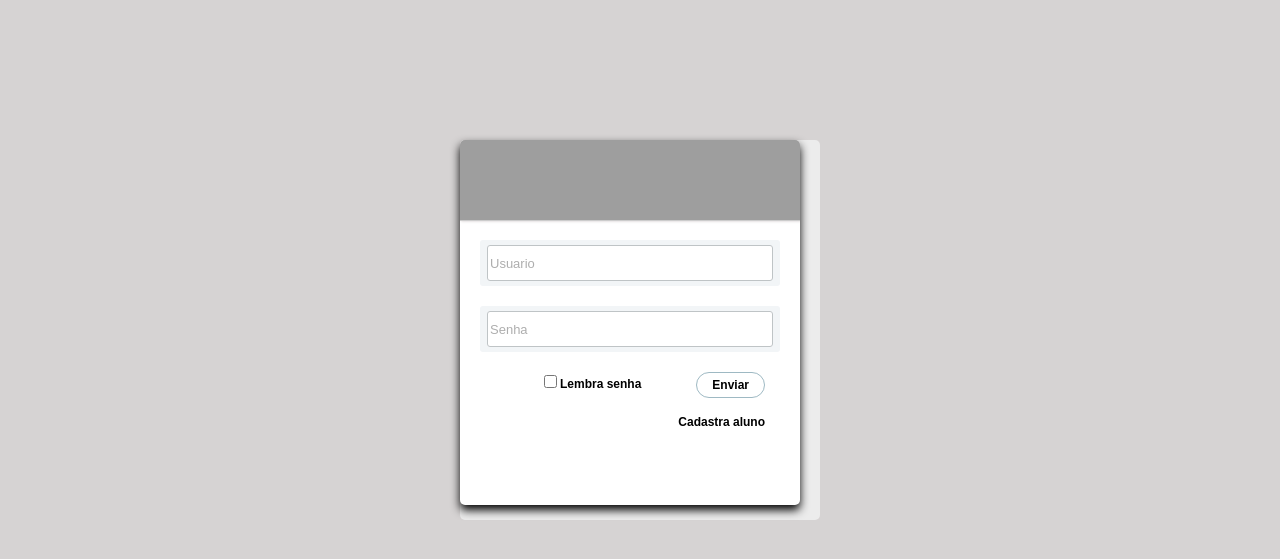
Repository: luisjonson/ProjetoWebAcademia
Page: http://localhost/RepositorioWebProject/Login.jsp
An editor plug-in stored every save of this project. The page is shown before and after the next save, followed by the edit.
The browser window is 1280 px wide. The pictures show the whole page.
Pictures or frames that could not be fetched are drawn as grey boxes. The page is served by Tomcat 9. Other server files are loaded and not shown.

Above is the page before, as saved 2017-04-10 01:46:57.

### Projeto_Web/RepositorioWebProject/WebContent/Login.jsp
<%@ page language="java" contentType="text/html; charset=utf-8"
	pageEncoding="ISO-8859-1"%>
<!DOCTYPE
 html PUBLIC "-//W3C//DTD HTML 4.01 Transitional//EN" "http://www.w3.org/TR/html4/loose.dtd">
<html>
<head>

</head>

<title>Login</title>

<style type="text/css" >

body {
	background-color: #D6D3D3;
}

#login-box {
	background-color: #ECECEC;
	width: 360px;
	height: 380px;
	margin: 140px auto 0px;
	border-radius: 5px;

}

#login-box-interno {
	width: 340px;
	height: 365px;
	background-color:white;
	position: absolute;
	border-radius: 5px;
	box-shadow: 0px 5px 10px black;
	overflow: hidden;
}

#login-box-label {
	background-color:#D6D3D3;
	height:80px;
	text-align:center;
    font:bold 12px/12px sans-serif;
    border-top-left-radius:5px;
    border-top-right-radius:5px;
    border-bottom:1px solid #cccccc;
    box-shadow:1px 0px 3px #ccc4c5;
}

#imagens{
	max-width: 800px;
}

.input-div{

	margin: 20px;
	padding: 5px;
   background-color:#f2f5f7;

	border-radius: 3px;
}

.input-div input{

	width: 280px;
	height: 32px;
	padding-left: 2px;
	font: normal 13px sans-serif;
	color: #aeaeae;
	border-radius: 3px;
	border: 1px solid #bfc4c6;
    outline:none;
}

.input-div:hover{
	background-color: #8C8C8A;
}

.input-div:hover input{
	border-color: #797B79
}
.input-senha{
  margin-top:-10px;
  }

  #botoes{
    width:280px;
    margin-left:25px;
  }

  #botao{
    float:right;
    background-color:;
    padding:5px 15px;
    font:bold 12px sans-serif;
    border-radius:20px;
    text-shadow:0px 1px 0px white;
    border:1px solid #9eb9c3;
  }

  #CadastraAluno{
    font:bold 12px sans-serif;
     float:right;
  }

</style>
<body>
	<div id="login-box">

		<div id="login-box-interno">

			<div id="login-box-label">

				<div id=imagens><img alt="Smart Fit" src="C:\Users\nano\workspace\ProjetoWebAcademia\Projeto_Web\RepositorioWebProject\WebContent\Imagem\Smart.png" width="375" height="80"/></div>

				<div class="input-div" id="input-usuario">
					<input type="text" value="Usuario">
				</div>

				<div class="input-div" id="input-senha">
					<input type="text" value="Senha">
				</div>

                <div id="botoes">
                  <div id="botao">Enviar</div>
                  <div id="lembra-senha"><input type="checkbox"/>Lembra senha</div><br><br>
                  <div id="CadastraAluno">Cadastra aluno</div>
                  </div>
              </div>
         </div>
	</div>




</body>
</html>

After the next save:
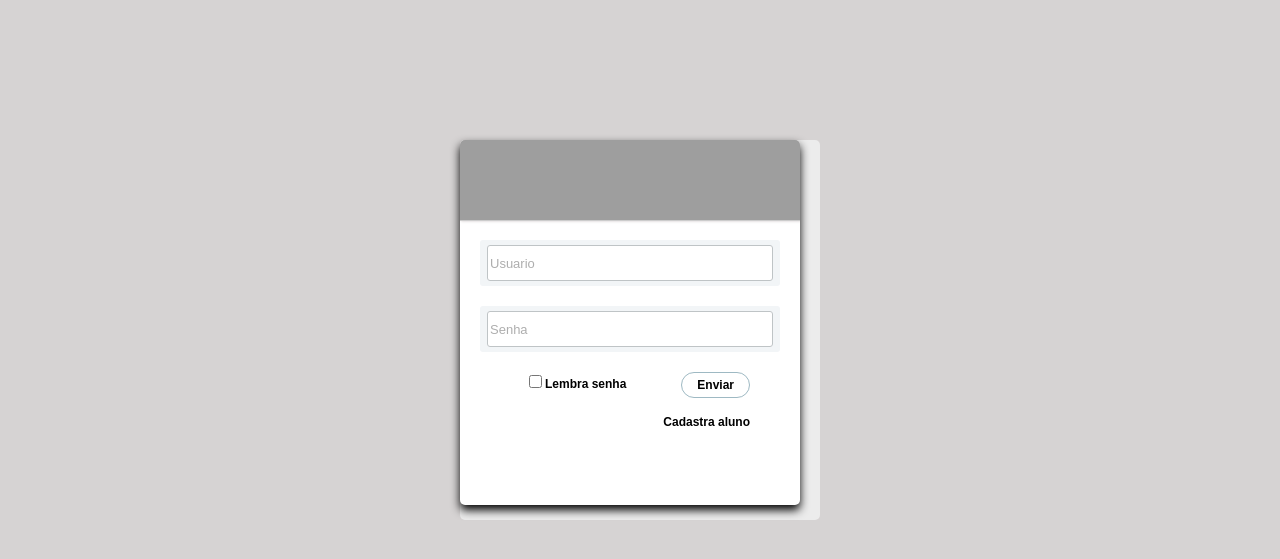
Saved 12 s later.
--- a/Projeto_Web/RepositorioWebProject/WebContent/Login.jsp
+++ b/Projeto_Web/RepositorioWebProject/WebContent/Login.jsp
@@ -83,7 +83,7 @@ body {
 
   #botoes{
     width:280px;
-    margin-left:25px;
+    margin-left:10px;
   }
 
   #botao{
